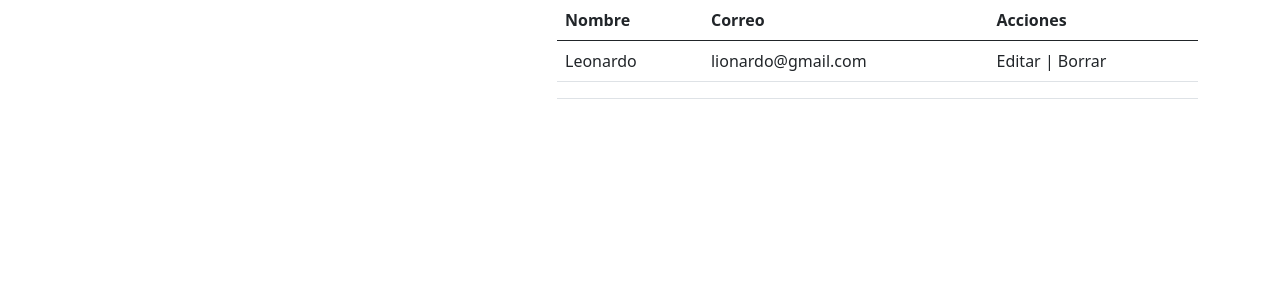
Repository: LionardoGomiz/CRUD-JS-VAINILLA
Page: index.html
These files come from the project's save history. The page is drawn as it stood at one moment and after the next save; the edit follows.
The browser window is 1280 px wide. The pictures show the whole page.

Above is the page before, as saved 2021-08-09 14:04:11.

### index.html
<!DOCTYPE html>
<html lang="es">
<head>
    <meta charset="UTF-8">
    <meta http-equiv="X-UA-Compatible" content="IE=edge">
    <meta name="viewport" content="width=device-width, initial-scale=1.0">
    <title>CRUD JS Vainilla</title>
    <link href="https://cdn.jsdelivr.net/npm/bootstrap@5.1.0/dist/css/bootstrap.min.css" rel="stylesheet" integrity="sha384-KyZXEAg3QhqLMpG8r+8fhAXLRk2vvoC2f3B09zVXn8CA5QIVfZOJ3BCsw2P0p/We" crossorigin="anonymous">
    <script src="https://cdn.jsdelivr.net/npm/bootstrap@5.1.0/dist/js/bootstrap.bundle.min.js" integrity="sha384-U1DAWAznBHeqEIlVSCgzq+c9gqGAJn5c/t99JyeKa9xxaYpSvHU5awsuZVVFIhvj" crossorigin="anonymous"></script>
</head>
<body>
    <!--<a name=""  id="" class="btn btn-primary" href="#" role="button">Hola </a>-->
    <div class="container">
        <div class="row">
            <div class="col-md-5">

            </div>
            <div class="col-md-7">
                <table class="table">
                    <thead>
                        <tr>
                            <th>Nombre</th>
                            <th>Correo</th>
                            <th>Acciones</th>
                        </tr>
                    </thead>
                    <tbody>
                        <tr>
                            <td scope="row">Leonardo</td>
                            <td>lionardo@gmail.com</td>
                            <td>Editar | Borrar</td>
                        </tr>
                        <tr>
                            <td scope="row"></td>
                            <td></td>
                            <td></td>
                        </tr>
                    </tbody>
                </table>
            </div>
        </div>
    </div>
</body>
</html>

After the next save:
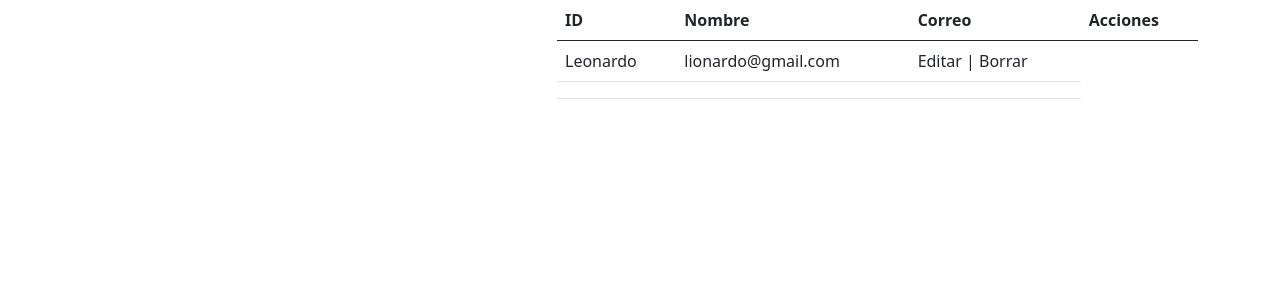
Saved 41 s later.
--- a/index.html
+++ b/index.html
@@ -19,6 +19,7 @@
                 <table class="table">
                     <thead>
                         <tr>
+                            <th>ID</th>
                             <th>Nombre</th>
                             <th>Correo</th>
                             <th>Acciones</th>
